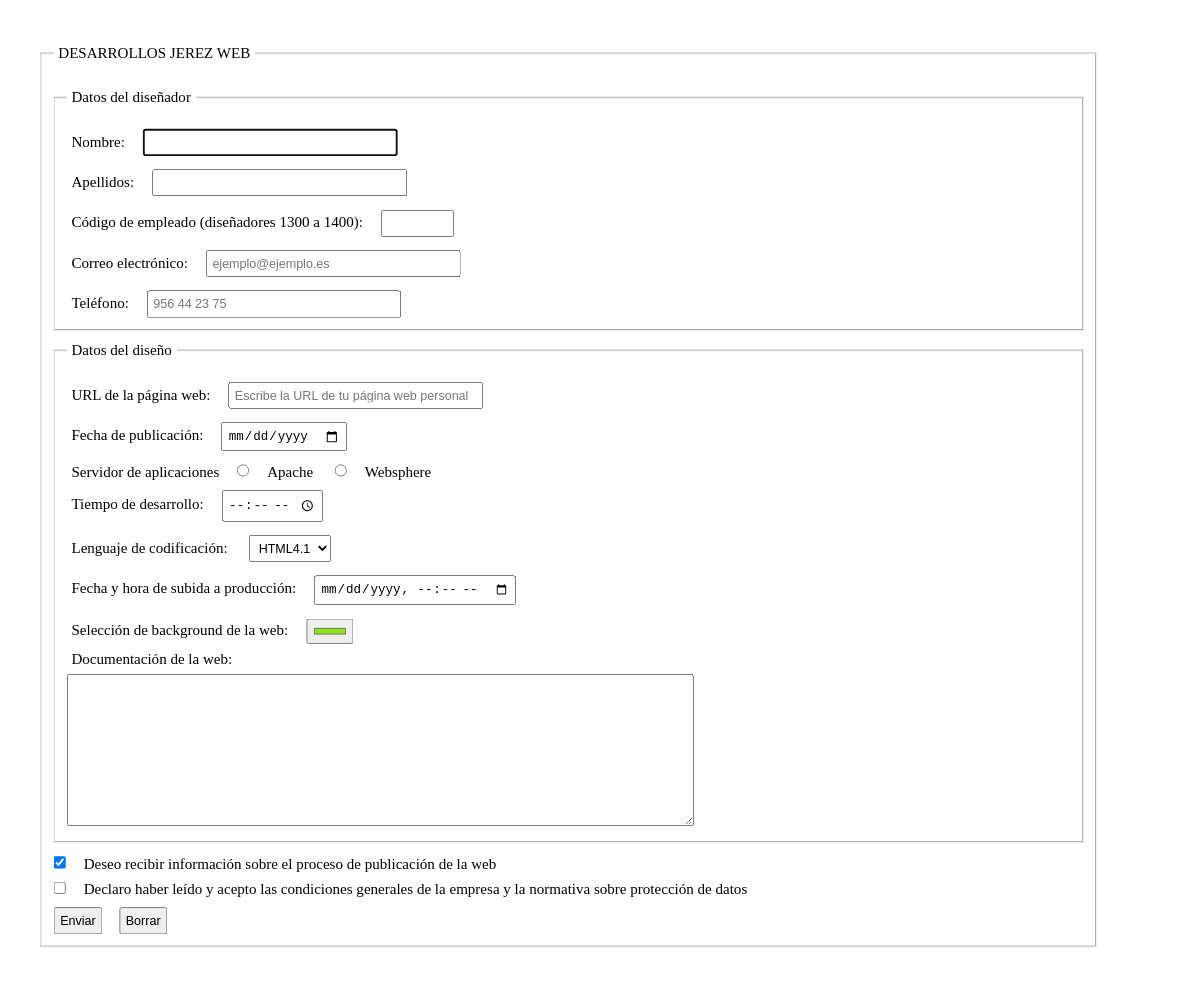
Repository: iSaan86/EV_Practica_FormularioCSS
Page: index.html
These files come from the project's save history. The page is drawn as it stood at one moment and after the next save; the edit follows.
The browser window is 1280 px wide. The pictures show the whole page, at 94% of full size.

Above is the page before, as saved 2024-01-11 17:33:51.

### index.html
<!DOCTYPE html>
<html lang="es-ES">

<head>
    <meta charset="UTF-8">
    <meta name="viewport" content="width=device-width, initial-scale=1.0">
    <meta name="keywords" content="formulario, html, css, practica">
    <meta name="description" content="Formularios">
    <meta name="author" content="Alexandra Ferrera Arenas">
    <link rel="icon" type="image/x-icon" href="img/logo-giro.png">
    <link rel="stylesheet" href="css/estilo.css">
    <title> Desarrollos JEREZ WEB </title>
</head>

<body>
    <!-- ABRO FORMULARIO -->
    <form method="get" action="" name="formulario1" id="formulario1">
        <!--AGRUPACION GENERAL-->
        <fieldset>
            <legend class="datos">DESARROLLOS JEREZ WEB</legend>
            <fieldset><legend class="datos2">Datos del diseñador</legend>
                <label for="nombre">Nombre:</label><input type="text" id="nombre" name="nombre" alt="indique su nombre" size="30%" autofocus required maxlength="50"><br>
                <label for="apellidos">Apellidos:</label><input type="text" id="apellidos" name="apellidos" alt="indique sus apellidos" size="30%" required maxlength="50"><br>
                <label for="codigo">Código de empleado (diseñadores 1300 a 1400):</label><input type="number" id="codigo" name="codigo" alt="indique su código de empleado" required min="1300" max="1400"><br>
                <label for="email">Correo electrónico:</label><input type="email" id="email" name="email" alt="indique su email" size="30%" placeholder="ejemplo@ejemplo.es" required><br>
                <label for="telefono">Teléfono:</label><input type="tel" id="telefono"  name="telefono" alt="indique su telefono" size="30%" placeholder="956 44 23 75"><br>
            </fieldset>
            <fieldset><legend class="datos2">Datos del diseño</legend>
                <label for="url">URL de la página web:</label><input type="url" id="url" name="url" alt="indique la URL de tu pagina web personal" size="30%" placeholder="Escribe la URL de tu página web personal"><br>
                <label for="fecha">Fecha de publicación:</label><input type="date" name="fecha" id="fecha"><br>
                <label for="servidor">Servidor de aplicaciones</label><input type="radio" id="apache" name="servidor" alt="verificar apache" value="Apache"><label for="hombre">Apache</label>
                <input type="radio" id="websphere" name="servidor" alt="verificar websphere" value="Websphere"><label for="mujer">Websphere</label><br>
                <label for="tiempo">Tiempo de desarrollo:</label><input type="time" name="tiempo" id="tiempo"><br>
                <label for="lenguaje">Lenguaje de codificación:</label>
                <select id="lenguaje" name="lenguaje" alt="Elija lenguaje de codificación"><br>
                    <option value="html4.1">HTML4.1</option>
                    <option value="xhtml">XHTML</option>
                    <option value="html5">HTML5</option>
                </select><br>
                <label for="fechayhora">Fecha y hora de subida a producción:</label><input type="datetime-local" name="fechayhora" size="30%"><br>
                <label for="fondo">Selección de background de la web:</label><input type="color" name="fondo" size="30%" value="#8ee41b"><br>
                <label for="areatexto">Documentación de la web:</label><br>
                <textarea name="areatexto" cols="80" rows="10"></textarea>
            </fieldset>
            <input type="checkbox" name="acepto1" id="acepto1" alt="Check acepto recibir información" checked><label for="acepto1">Deseo recibir información sobre el proceso de publicación de la web</label><br>
            <input type="checkbox" name="acepto2" id="acepto2" alt="Check acepto condiciones"><label for="acepto1">Declaro haber leído y acepto las condiciones generales de la empresa y la normativa sobre protección de datos</label><br>
            <input type="submit" value="Enviar" alt="enviar formulario">
            <input type="reset" value="Borrar" alt="Borrar formulario">




        </fieldset>
    </form>




</body>





</html>

### css/estilo.css
@charset "UTF-8";

/* Para todo el html */
*{
    padding: 5px;
    margin:7px;
}
body{
    padding-right: 6%;
}

After the next save:
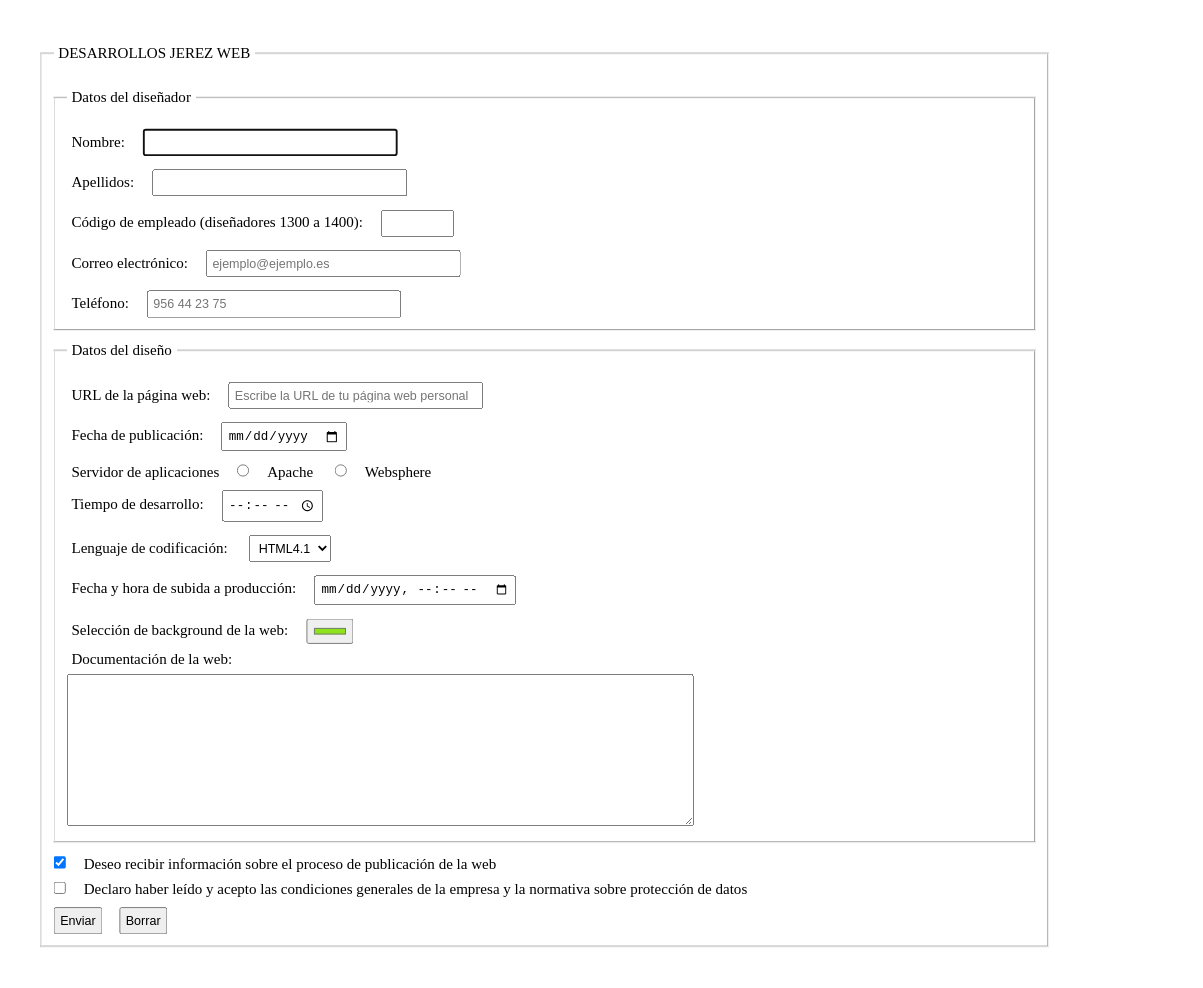
Saved 9 s later.
--- a/css/estilo.css
+++ b/css/estilo.css
@@ -6,5 +6,5 @@
     margin:7px;
 }
 body{
-    padding-right: 6%;
+    padding-right: 10%;
 }
